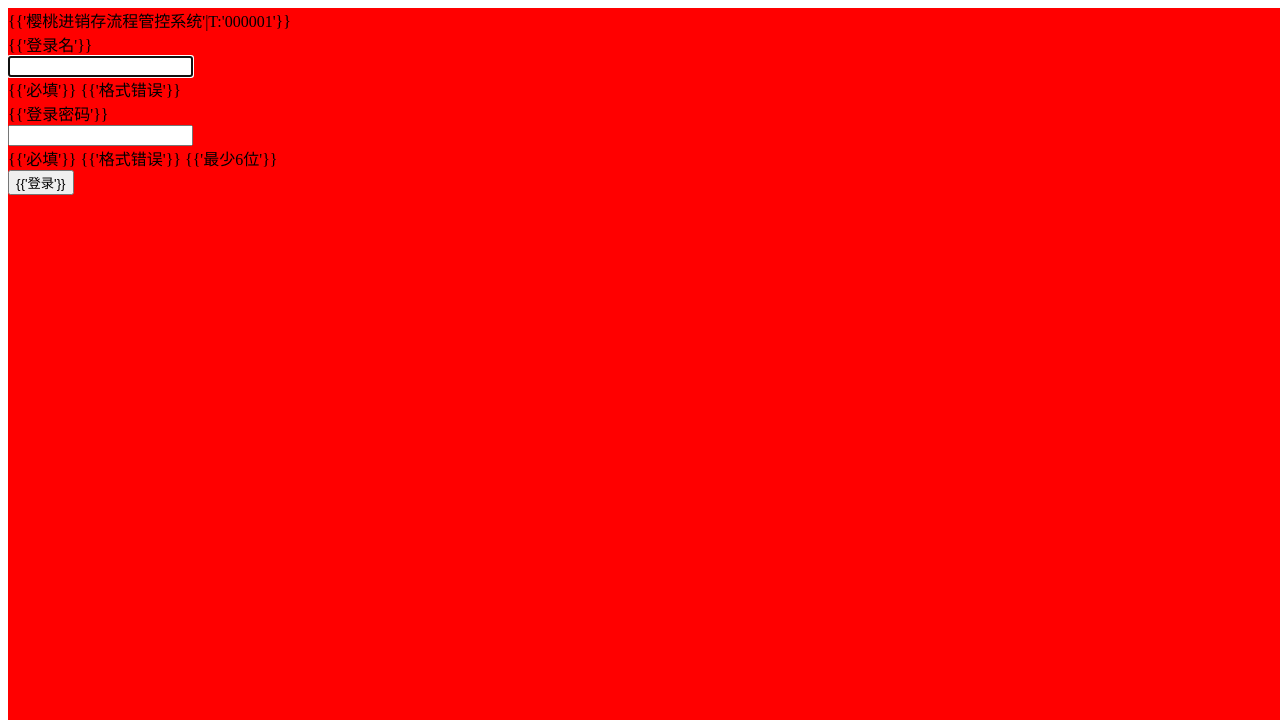
Repository: Anita-huang-001/cims
Page: cherry/mi_cims/mi_cims_admin/src/main/resources/static/view/login.html
These files come from the project's save history. The page is drawn as it stood at one moment and after the next save; the edit follows.
The browser window is 1280 px wide. The pictures show the whole page.

Above is the page before, as saved 2021-02-04 06:12:40.

After the next save:
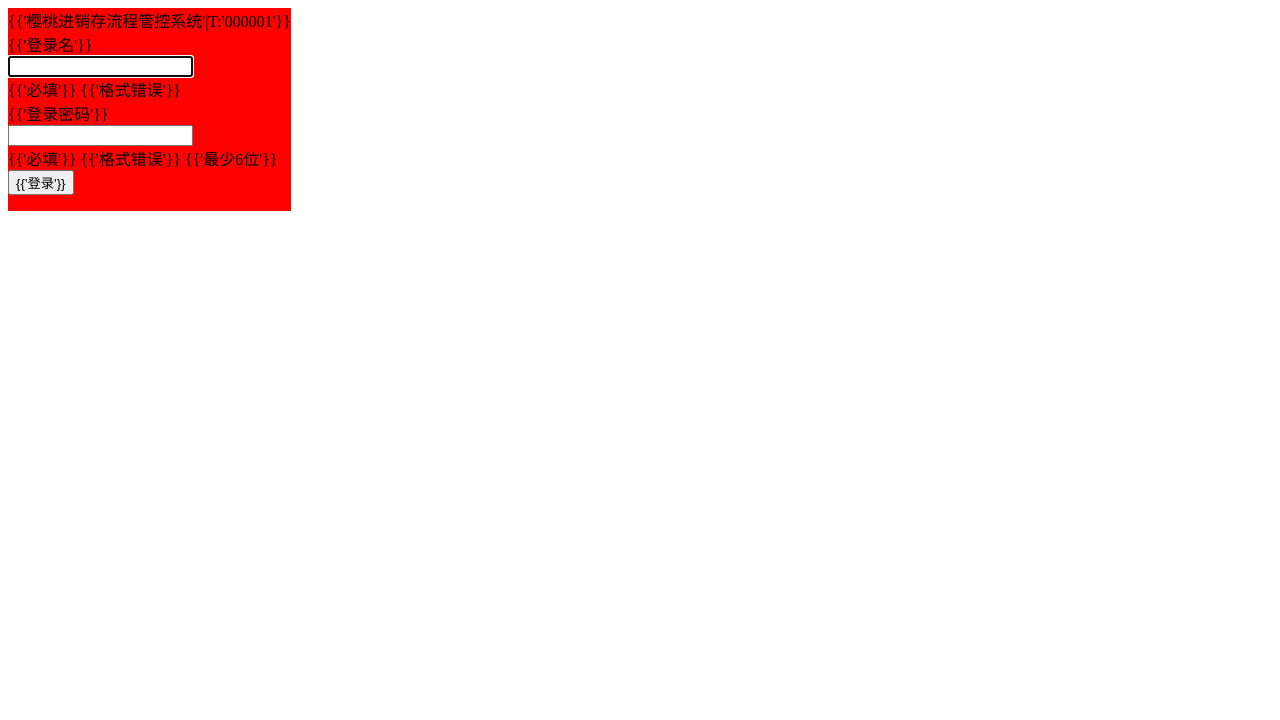
Saved 2 min 30 s later.
--- a/cherry/mi_cims/mi_cims_admin/src/main/resources/static/view/login.html
+++ b/cherry/mi_cims/mi_cims_admin/src/main/resources/static/view/login.html
@@ -1,5 +1,5 @@
 <!-- 登录页面 -->
-<div style="position: absolute;background:red;width: 100%;height: 100%;">
+<div style="position: absolute;background:red;">
 
 <div class="container-fluid login-page">
 	<!-- 标题 -->
